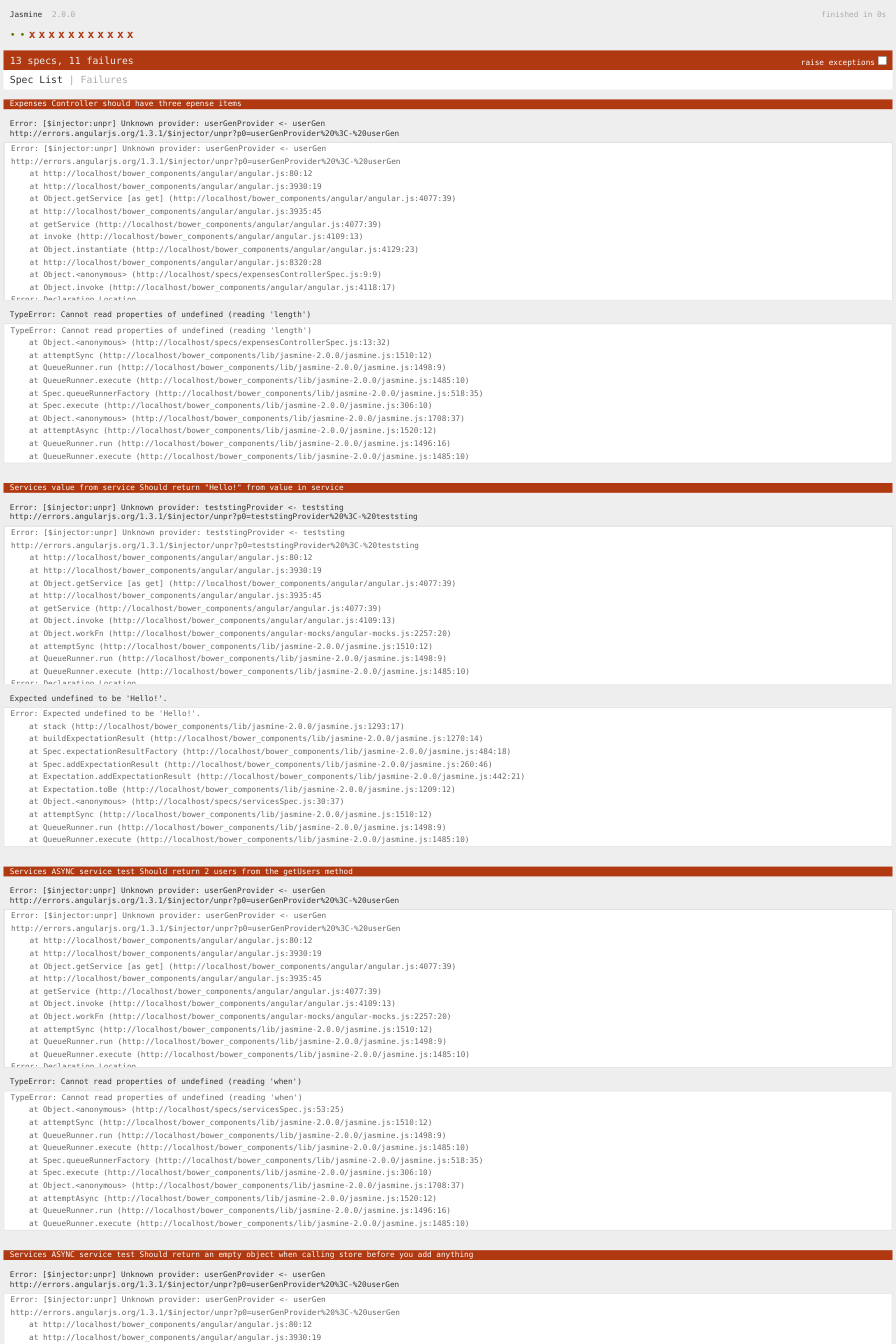
Repository: wesleyduff/angularTestDemo
Page: tests/SpecRunner.html
The author's editor kept a record of every edit. The page is drawn from the files as they stood at one moment, then again after the next edit.
The browser window is 1280 px wide. The pictures show the part of the page from y = 0 to 1920 px (the page is 6106 px tall before and 720 px after), at 70% of full size.

Above is the page before.

### tests/SpecRunner.html
<!DOCTYPE html>
<html>
<head lang="en">
    <meta http-equiv="Content-Type" content="text/html; charset=UTF-8">
    <title>Jasmine Spec Runner v2.0.0</title>

    <link rel="shortcut icon" type="image/png" href="bower_components/lib/jasmine-2.0.0/jasmine_favicon.png">
    <link rel="stylesheet" type="text/css" href="../bower_components/lib/jasmine-2.0.0/jasmine.css">

    <script type="text/javascript" src="../bower_components/lib/jasmine-2.0.0/jasmine.js"></script>
    <script type="text/javascript" src="../bower_components/lib/jasmine-2.0.0/jasmine-html.js"></script>
    <script type="text/javascript" src="../bower_components/lib/jasmine-2.0.0/boot.js"></script>
    <script type="text/javascript" src="../bower_components/angular/angular.js"></script>
    <script type="text/javascript" src="../bower_components/angular-mocks/angular-mocks.js"></script>

    <!-- include source files here... -->
    <script type="text/javascript" src="../scripts/app/main.js"></script>
    <script type="text/javascript" src="../scripts/controllers/main.js"></script>

    <!-- include spec files here... -->
    <script type="text/javascript" src="../specs/Expense.js"></script>
    <script type="text/javascript" src="../specs/expensesControllerSpec.js"></script>
    <script type="text/javascript" src="../specs/servicesSpec.js"></script>
</head>
<body>

</body>
</html>

### scripts/app/main.js
var app = angular.module("main", []);

function Expense(expenseItem) {
    this.expenseItem = expenseItem;
}

function ExpenseItem(expenseAmout){
    this.amount = expenseAmout;
}

### scripts/controllers/main.js
app

.controller("MainController", ['$scope', 'userGen', function($scope, userGen){
    $scope.expenses = [

        {
            name: "Steven"
        },
        {
            name: "Wells"
        }

    ];
}]);

### specs/Expense.js
describe("Epenses", function(){

    var expense, expenseItem;

    beforeEach(function(){
        expenseItem = new ExpenseItem(100);
        expense = new Expense(expenseItem);
    });

    it("Should be of type EpenseItem", function(){
        expect(expense.expenseItem).toBe(expenseItem);
    });

    it("Should have the correct expense amount", function(){
        expect(expense.expenseItem.amount).toEqual(100);
    });
});

### specs/expensesControllerSpec.js
describe("Expenses Controller", function(){

    var $scope;

    beforeEach(module("main"));

    beforeEach(inject(function($rootScope, $controller) {
        $scope = $rootScope.$new();
        $controller('MainController', {$scope: $scope});
    }));

    it('should have three epense items', function() {
        expect($scope.expenses.length).toBe(2);
    });


});

### specs/servicesSpec.js
describe("Services", function(){

    beforeEach(module("main"));

    afterEach(function(){
        if(typeof localStorage === 'object'){

        }


    });

    describe("value from service", function(){

        var _testingService;

        beforeEach(
            inject(
                function(_teststing_){
                    _testingService = _teststing_;
                }
            )
        );



        //Testing a value service

        it("Should return \"Hello!\" from value in service", function(){
            expect(_testingService).toBe("Hello!");
        });


    });

    describe("ASYNC service test", function(){

        var _userGen, _firebase, httpBackend, result;

         //Testing a service that returns an XHR response
         beforeEach(
            inject(
                function(_userGen_, _firebase_, $httpBackend){
                    _userGen = _userGen_;
                    _firebase = _firebase_;
                    httpBackend = $httpBackend;
                }
            )
        );

        it("Should return 2 users from the getUsers method", function(){

            httpBackend.when('GET', 'http://api.randomuser.me/0.3.1/?results=15&seed=mean').respond(
                {
                    results :
                    [
                        {
                            seed: 'mean',
                            user : {
                                gender : 'male',
                                email : 'xray@gmail.com'
                            }
                        },
                        {
                            seed: 'mean',
                            user : {
                                gender : 'female',
                                email : 'test@gmail.com'
                            }
                        }
                    ]
                }
            );

            _userGen.getUsers(function(_result){
                expect(_result.results.length).toEqual(2);
            });

            httpBackend.flush();
        });

        it("Should return an empty object when calling store before you add anything", function(){
           expect(_firebase.get()).toEqual({});
        });

        it("Should retrun one object that is a child of store after an item is added", function(){
           var store, counter = 0;

           _firebase.add({subchild: 'hello'});

           store = _firebase.get();

           for(prop in store){
               counter++;
           }

           expect(counter).toEqual(1);

        });

        it("should retrun an updated value for subchild when subchild has already been set then changed", function(){
            var store;

            _firebase.add({subchild: 'test'});
            _firebase.add({tach: 'test'});

            var predicate = function(){
               var _obj = arguments[0];
               for(prop in _obj){
                   if(this._store.hasOwnProperty(prop)){
                       _obj[prop] = "Changed";
                       this.add(_obj);
                   }
               }
           };

           _firebase.add({subchild: 'test'}, predicate);

           store = _firebase.get();

           expect(store.subchild).toEqual('Changed');

        });

        it("Should delete one object from the store", function(){

           var  store,
                subchild = {subchild: 'test'},
                counter = 0;

           _firebase.add(subchild);
           _firebase.add({tach: 'test'});

            store = _firebase.get();

           for(prop in store){
               counter++;
           }

           expect(counter).toEqual(2);

           counter = 0;

           _firebase.delete(subchild);
           store = _firebase.get();

           for(prop in store){
               counter++;
           }

           expect(counter).toEqual(1);

        });

        it("Should be able to read a value from the store", function(){

           _firebase.add({subchild: 'test'}); //setup the data;

           var value = _firebase.read('subchild');
           expect(value).toBe('test');

        });

        it("Should be able to save your store", function(){

            _firebase.add({subchild: 'testing'}); //setup data

            var val = _firebase.save(); //returns true or false.

            expect(val).toBe(true);

        });

        it("Should be the same : deepGet and LocalStorage 'store' ", function(){

               var _store = {name: 'wes'}, deepGet;

               //clear store from localStorage if it is there
               if(typeof localStorage === 'object'){
                   localStorage.removeItem('store'); //will return undefined if store is not loaded

                   //load up firestore
                    _firebase.add({name: 'wes'}); //setup data
                    var save = _firebase.save();

                    if(save){
                        deepGet = _firebase.deepGet();
                        expect(deepGet).toEqual(_store);
                    } else {
                        expect(true).toBe(false); //fail test
                    }

               } else {
                   expect(true).toBe(false); //fail test
                   throw "localStorage not supported";
               }
        });

        it("Should set this.store to localStorage.getItem('store') ", function(){

               var _store, obj = {name: 'wes'};

               //clear store from localStorage if it is there
               if(typeof localStorage === 'object'){
                    localStorage.clear(); //will clearout localStorage;

                    localStorage.setItem('store', JSON.stringify(obj)); //set data in localStorage

                    _firebase.initialize(); //takes localStorage getItem and assigns its value to the this.store;
                    _store = _firebase.get();

                    expect(_store).toEqual(JSON.parse(localStorage.getItem('store')));

               } else {
                   expect(true).toBe(false); //fail test
                   throw "localStorage not supported";
               }
        });

    });

    describe("Restful services Testing", function(){


    });


});

### scripts/app/sub.js
var sub = angular.module("sub", [])

.controller('Submain', ['$scope', function($scope){
    $scope.test = "test";
}]);

### scripts/services/main.js
app

.value('teststing', "Hello!")

.factory('userGen', function($http){
    return {
        getUsers : function(callback){
           $http.get('http://api.randomuser.me/0.3.1/?results=15&seed=mean').success(callback);
        }
    }
})
.factory('firebase', function(){
    return {
        store : {},
        get : function(){
            return this.store;
        },
        add: function(obj, fn){

            this._store = this.get();
            if(typeof fn === 'function'){
                fn.apply(this, arguments);
            }

            for(prop in obj){
                this.store[prop] = obj[prop];
            }

            return this;
        },
        delete: function(obj, fn){
            this._store = this.get();
            if(typeof fn === 'function'){
                fn.apply(this, arguments[0]);
            }

            for(prop in obj){
                if(this._store.hasOwnProperty(prop)){
                    delete this.store[prop];
                }
            }
        },
        read: function(str, fn){
            if(typeof fn === 'function'){
                fn.apply(this, arguments[0]);
            }
            if(typeof str !== 'string'){
                throw "Type Execption: Not a String";
            }
            if(this.store.hasOwnProperty(str))
                return this.store[str];
            else
                return "not found";
        },
        save: function(){
            if(typeof window.localStorage === 'object'){
                localStorage.removeItem('store');
                var lenBefore = localStorage.length, lenAfter;

                localStorage.setItem('store', JSON.stringify(this.store));

                lenAfter = localStorage.length;

                console.log(lenBefore + ' = before : after = ' + lenAfter);
                if(lenBefore !== lenAfter){
                    return true;
                } else {
                    false;
                }
            } else {
                throw "Browser Not Supported";
                return false;
            }
        },
        deepGet : function(){
          if(typeof localStorage === 'object'){
              return localStorage.getItem('store') !== null ? localStorage.getItem('store') : null;
          }
        },
        initialize: function(){

            var _store = JSON.parse(localStorage.getItem('store'));

            if(localStorage.getItem('store') !== null){

            }
        }
    }
});

Loaded but not shown: bower_components/lib/jasmine-2.0.0/jasmine.css (library); bower_components/lib/jasmine-2.0.0/jasmine.js (library); bower_components/lib/jasmine-2.0.0/jasmine-html.js (library); bower_components/lib/jasmine-2.0.0/boot.js (library); bower_components/angular/angular.js (library); bower_components/angular-mocks/angular-mocks.js (library)

After the next edit:
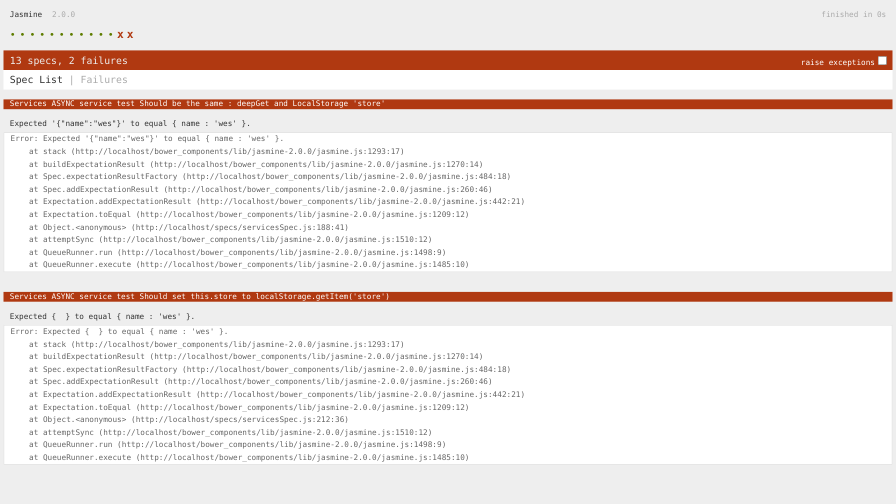
The edit:
--- a/tests/SpecRunner.html
+++ b/tests/SpecRunner.html
@@ -15,7 +15,9 @@
 
     <!-- include source files here... -->
     <script type="text/javascript" src="../scripts/app/main.js"></script>
+    <script type="text/javascript" src="../scripts/app/sub.js"></script>
     <script type="text/javascript" src="../scripts/controllers/main.js"></script>
+    <script type="text/javascript" src="../scripts/services/main.js"></script>
 
     <!-- include spec files here... -->
     <script type="text/javascript" src="../specs/Expense.js"></script>
